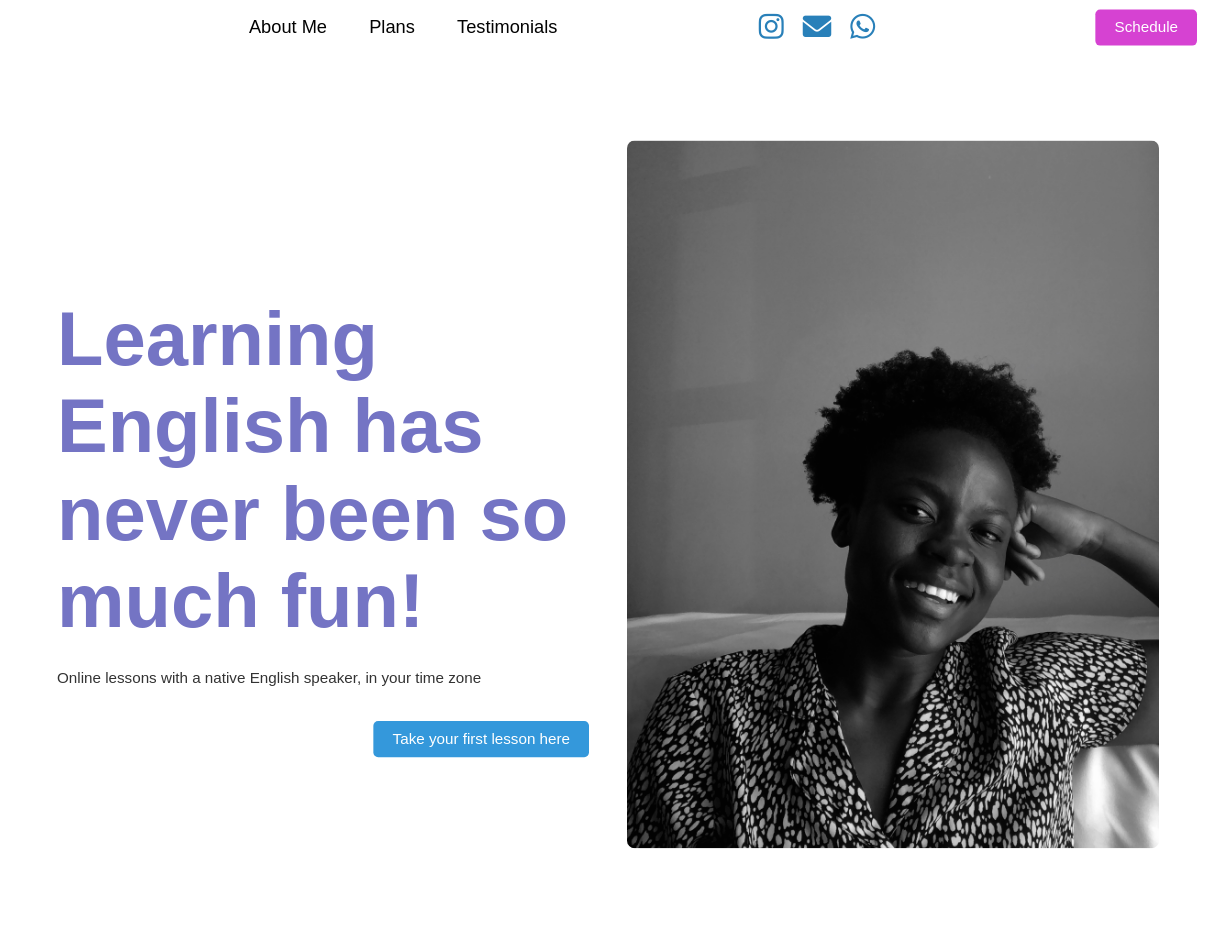
Repository: ntandomagana/esl-landing-page
Page: index.html
These files come from the project's save history. The page is drawn as it stood at one moment and after the next save; the edit follows.
The browser window is 1280 px wide. The pictures show the whole page, at 95% of full size.

Above is the page before, as saved 2024-07-17 12:54:41.

### index.html
<!DOCTYPE html>
<html lang="en">
<head>
    <meta charset="UTF-8">
    <meta name="viewport" content="width=device-width, initial-scale=1.0">
    <link rel="stylesheet" href="https://cdnjs.cloudflare.com/ajax/libs/font-awesome/6.0.0-beta3/css/all.min.css">

    <title>Berry's English</title>
    <link rel="stylesheet" href="index.css">
</head>
<body>
    <!-- Header Section -->
    <header>
        <div class="header-container">
            <div class="logo">
            </div>
            <nav>
                <ul>
                    <li><a href="#about">About Me</a></li>
                    <li><a href="#services">Plans</a></li>
                    <li><a href="#testimonials">Testimonials</a></li>

                </ul>
            </nav>
            <div class="social-links">
                <a href="#" class="social-link"><i class="fab fa-instagram"></i></a>
                <a href="mailto:berry@example.com" class="social-link"><i class="fas fa-envelope"></i></a>
                <a href="https://wa.me/1234567890" class="social-link"><i class="fab fa-whatsapp"></i></a>
            </div>
            <a href="#contact" class="schedule-button">Schedule</a>
        </div>
    </header>

    <!-- Left and right division -->
     <section class="content-section">
        <div class="content-wrapper">
            <div class="left-content">
                <h2>Learning English has <br />
                    never been so much fun!</h2>
                <p>Online lessons with a native English speaker, in your time zone</p>
                <a href="#contact" class="action-button">Take your first lesson here</a>
            </div>

            <div class="right-content">
                <img src="./assets/bwpp.jpg" alt="Teacher Berry's Image">

            </div>
        </div>

     </section>
    </footer>
</body>
</html>

### index.css
/* styles.css */

body {
    font-family: Arial, Helvetica, sans-serif;
    margin: 0;
    padding: 0;
}

.header-container {
    display: flex;
    justify-content: space-between;
    align-items: center;
    padding: 10px 20px;
    background-color: white;

}

.logo img {
    height: 120px;
    opacity: 0.7;
    width: auto;
}

nav {
    margin-left: 20px; /* Add margin to the left of the entire nav element */
}

nav ul {
    list-style-type: none;
    padding: 0;
    margin: 0;
}

nav ul li {
    display: inline;
    margin: 20px; /* Adjust margin to add space between list items */
}

nav ul li:last-child {
    margin-right: 0;
}

nav ul li a {
    color: rgb(2, 2, 2);
    text-decoration: none;
    font-size: 1.2rem;
}

nav ul li a:hover {
    color: #d642d2;
    font-weight: bold;
}

.social-links {
    display: flex;
    align-items: center;
    margin-right: 20px;
}

.social-link {
    margin: 0 10px;
    display: inline-block;
    color: black;
    font-size: 30px;
}

.social-link i {
    color:#2980b9;
}

.social-link:hover i {
    color: #d642d2;
}

.schedule-button {
    padding: 10px 20px;
    background-color: #d642d2;
    color: #fff;
    text-decoration: none;
    border-radius: 5px;
    transition: background-color 0.3s ease;
}

.schedule-button:hover {
    background-color: #489fbc;
}

.content-section {
    padding: 50px 0;
    text-align: center;
}

.content-wrapper {
    display: flex;
    justify-content: space-around;
    align-items: stretch;
    max-width: 1200px;
    margin: 20px auto;
}

.left-content {
    flex: 1;
    padding: 20px;
    text-align: left;
    display: flex;
    flex-direction: column;
    justify-content: center;
    align-items: flex-end;
}


.left-content h2 {
    font-size: 5rem;
    align-items: flex-end;
    color: rgb(116, 116, 196);
    margin-bottom: 10px;
    width: 100%;
}

.left-content p {
    font-size: 1rem;
    color: #333;
    width: 100%;
}

.right-content {
    flex: 1;
    padding: 20px;
    text-align: center;
    display: flex;
    justify-content: center;
    align-items: center;
}

.right-content img {
    max-width: 100%;
    height: auto;
    max-height: 800px; /* Example maximum height, adjust as needed */
    border-radius: 8px;
    /* Optional: Adds a subtle shadow */
}

.action-button {
    display: inline-block;
    padding: 10px 20px;
    background-color: #3498db;
    color: #fff;
    text-decoration: none;
    border-radius: 5px;
    transition: background-color 0.3s ease;
    margin-top: 20px; /* Add space above the button */
    position: relative;
     z-index: 1;
}

.action-button:hover {
    background-color: #2980b9;
}

After the next save:
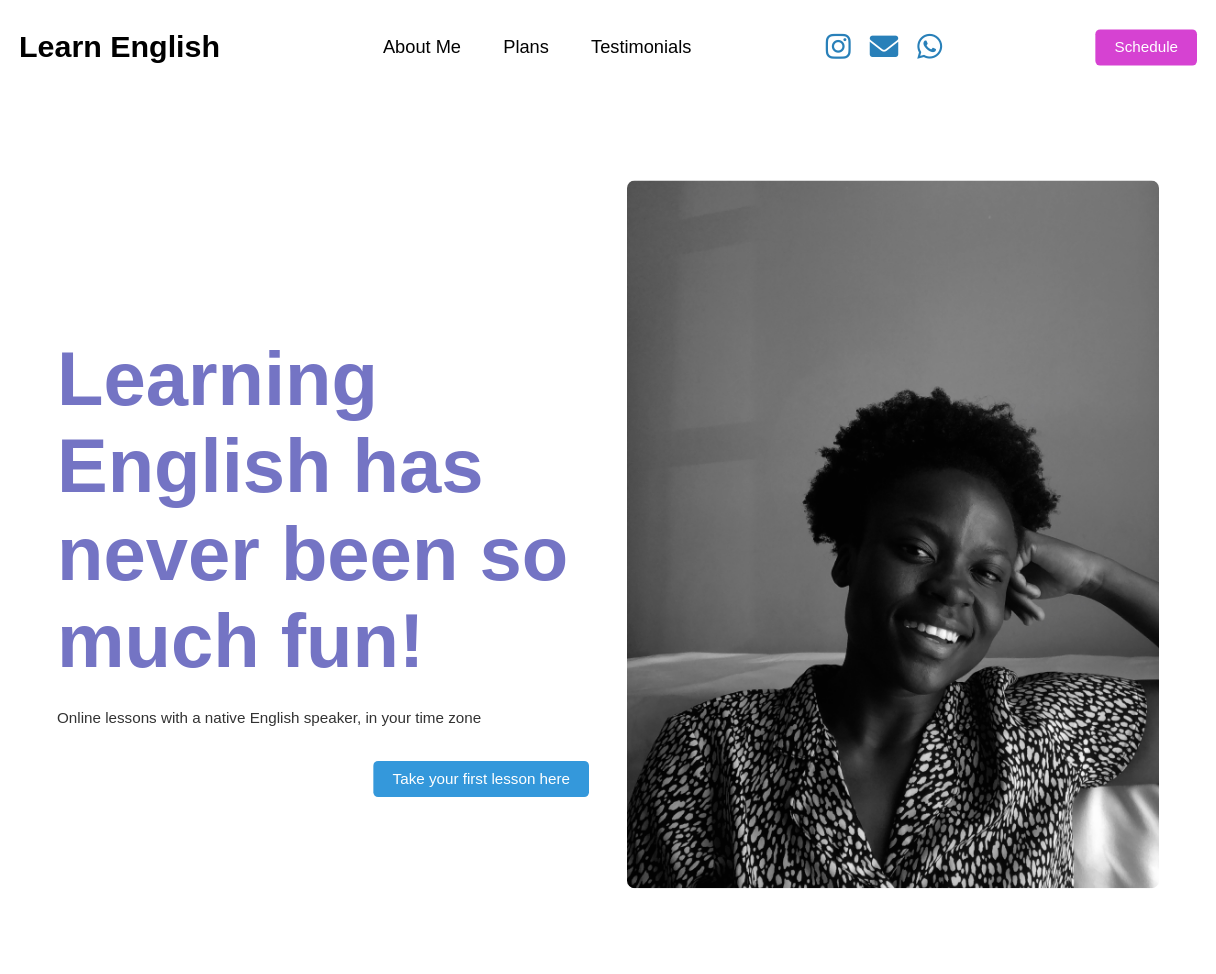
Saved 11 s later.
--- a/index.html
+++ b/index.html
@@ -12,7 +12,7 @@
     <!-- Header Section -->
     <header>
         <div class="header-container">
-            <div class="logo">
+            <div class="logo"><h1>Learn English</h1>
             </div>
             <nav>
                 <ul>
